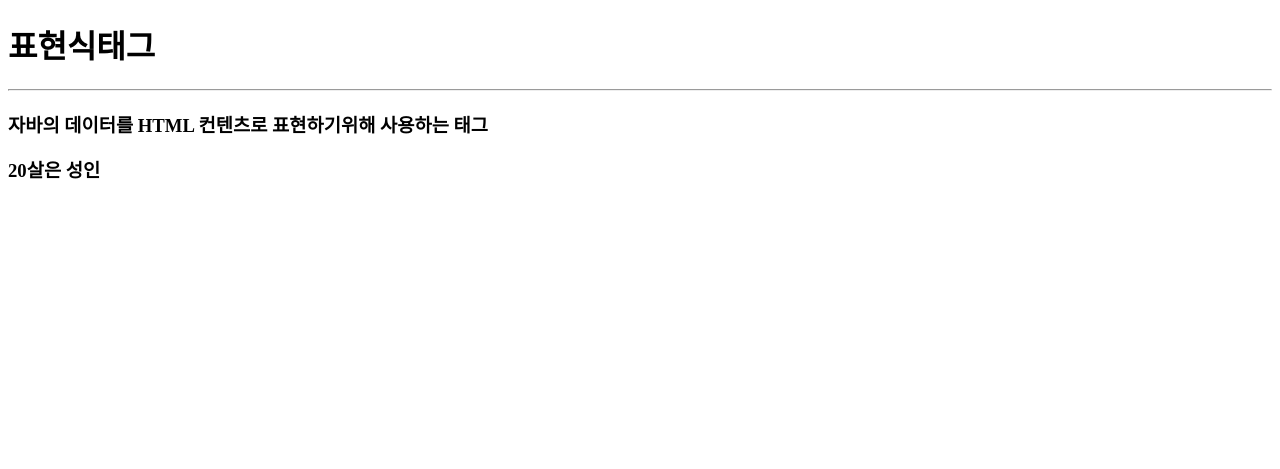
Repository: ParkHyeonju12/servlet
Page: http://localhost/04_jspProject/jsp/expressionTag.jsp
These files come from the project's save history. The page is drawn as it stood at one moment and after a run of saves; the edit follows.
The browser window is 1280 px wide. The pictures show the whole page.
The page is served by Tomcat 9.

Above is the page before, as saved 2022-08-30 06:43:18.

### web-workspace/04_jspProject/src/main/webapp/jsp/expressionTag.jsp
<%@page import="java.util.ArrayList"%>
<%@ page language="java" contentType="text/html; charset=UTF-8"
    pageEncoding="UTF-8"%>
<!DOCTYPE html>
<html>
<head>
<meta charset="UTF-8">
<title>Insert title here</title>
</head>
<body>
	<h1>표현식태그</h1>
	<hr>
	<h3>자바의 데이터를 HTML 컨텐츠로 표현하기위해 사용하는 태그</h3>
	<%
		int age = 20;
		ArrayList<String> list = new ArrayList<String>();
		list.add("현주1");
		list.add("현주2");
		list.add("현주3");
		list.add("현주4");
		list.add("현주5");
	%>
	<% if(age>19){ %>
		<h3><%=age %>살은 성인</h3>
	<%} else{ %>
		<h3><%=age %>살은 미성년자</h3>
	<%} %>
</body>
</html>

After the next 2 saves:
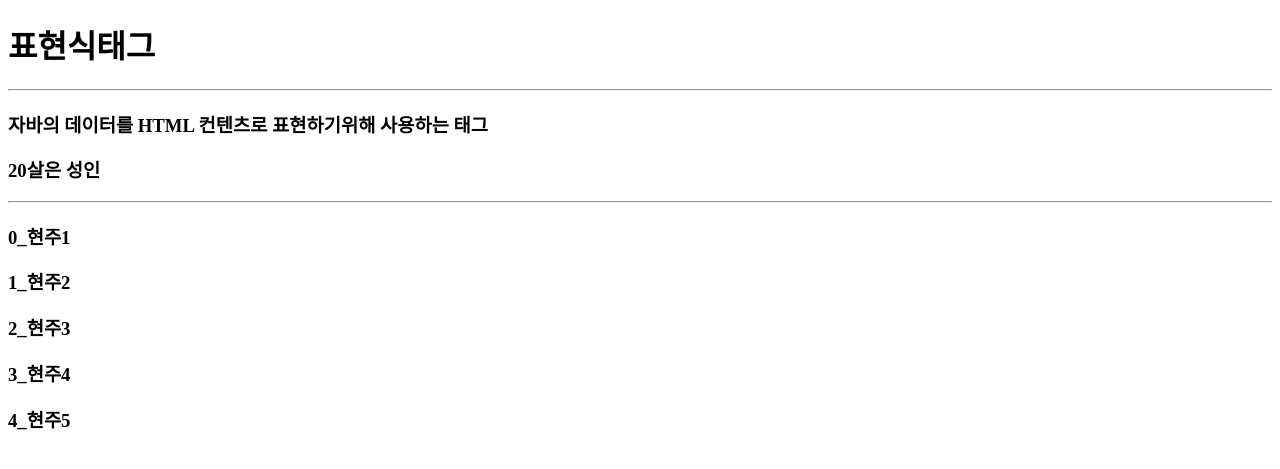
The 2 saves are shown as one change because 1 did not build or start.
The last was saved 63 s later.
--- a/web-workspace/04_jspProject/src/main/webapp/jsp/expressionTag.jsp
+++ b/web-workspace/04_jspProject/src/main/webapp/jsp/expressionTag.jsp
@@ -25,5 +25,9 @@
 	<%} else{ %>
 		<h3><%=age %>살은 미성년자</h3>
 	<%} %>
+	<hr>
+	<% for(int i=0; i<list.size(); i++){%>
+	<h3><%=i %>_<%=list.get(i) %></h3>
+	<%} %>
 </body>
 </html>
